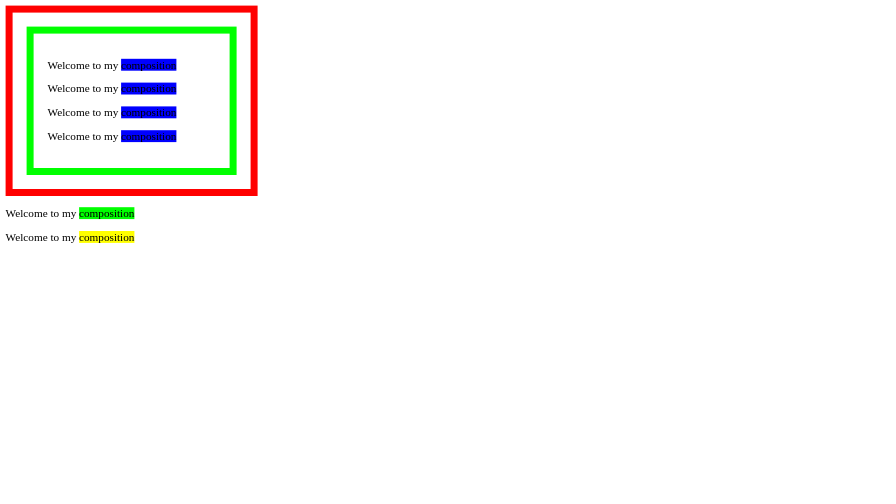
Repository: steil881/steil881.github.io
Page: lab/sample/sample.html
The author's editor kept a record of every edit. The page is drawn from the files as they stood at one moment, then again after the next edit.
The browser window is 1280 px wide. The pictures show the part of the page from y = 0 to 1920 px (the page is 720 px tall before and 4386 px after), at 70% of full size.

Above is the page before.

After the next edit:
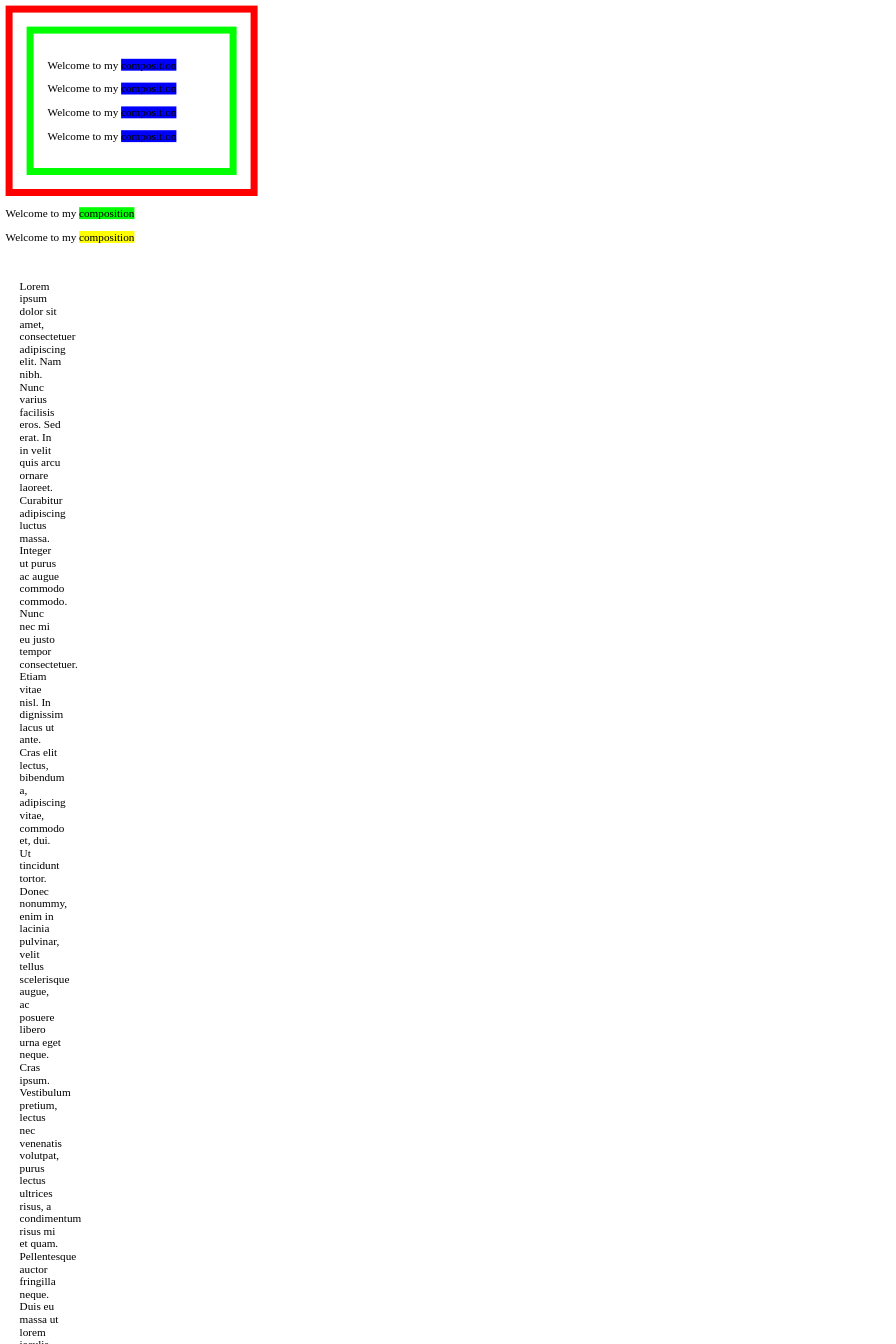
The edit:
--- a/lab/sample/sample.html
+++ b/lab/sample/sample.html
@@ -14,5 +14,13 @@
         </div>
         <p>Welcome to my <mark class="two">composition</mark></p>
         <p>Welcome to my <mark>composition</mark></p>
+
+        <p class="column">
+            Lorem ipsum dolor sit amet, consectetuer adipiscing elit. Nam nibh. Nunc varius facilisis eros. Sed erat. In in velit quis arcu ornare laoreet. Curabitur adipiscing luctus massa. Integer ut purus ac augue commodo commodo. Nunc nec mi eu justo tempor consectetuer. Etiam vitae nisl. In dignissim lacus ut ante. Cras elit lectus, bibendum a, adipiscing vitae, commodo et, dui. Ut tincidunt tortor. Donec nonummy, enim in lacinia pulvinar, velit tellus scelerisque augue, ac posuere libero urna eget neque. Cras ipsum. Vestibulum pretium, lectus nec venenatis volutpat, purus lectus ultrices risus, a condimentum risus mi et quam. Pellentesque auctor fringilla neque. Duis eu massa ut lorem iaculis vestibulum. Maecenas facilisis elit sed justo. Quisque volutpat malesuada velit.
+
+Nunc at velit quis lectus nonummy eleifend. Curabitur eros. Aenean ligula dolor, gravida auctor, auctor et, suscipit in, erat. Sed malesuada, enim ut congue pharetra, massa elit convallis pede, ornare scelerisque libero neque ut neque. In at libero. Curabitur molestie. Sed vel neque. Proin et dolor ac ipsum elementum malesuada. Praesent id orci. Donec hendrerit. In hac habitasse platea dictumst. Aenean sit amet arcu a turpis posuere pretium.
+
+Nulla mauris odio, vehicula in, condimentum sit amet, tempus id, metus. Donec at nisi sit amet felis blandit posuere. Aliquam erat volutpat. Cras lobortis orci in quam porttitor cursus. Aenean dignissim. Curabitur facilisis sem at nisi laoreet placerat. Duis sed ipsum ac nibh mattis feugiat. Proin sed purus. Vivamus lectus ipsum, rhoncus sed, scelerisque sit amet, ultrices in, dolor. Aliquam vel magna non nunc ornare bibendum. Sed libero. Maecenas at est. Vivamus ornare, felis et luctus dapibus, lacus leo convallis diam, eget dapibus augue arcu eget arcu.
+        </p>
     </body>
 </html>
